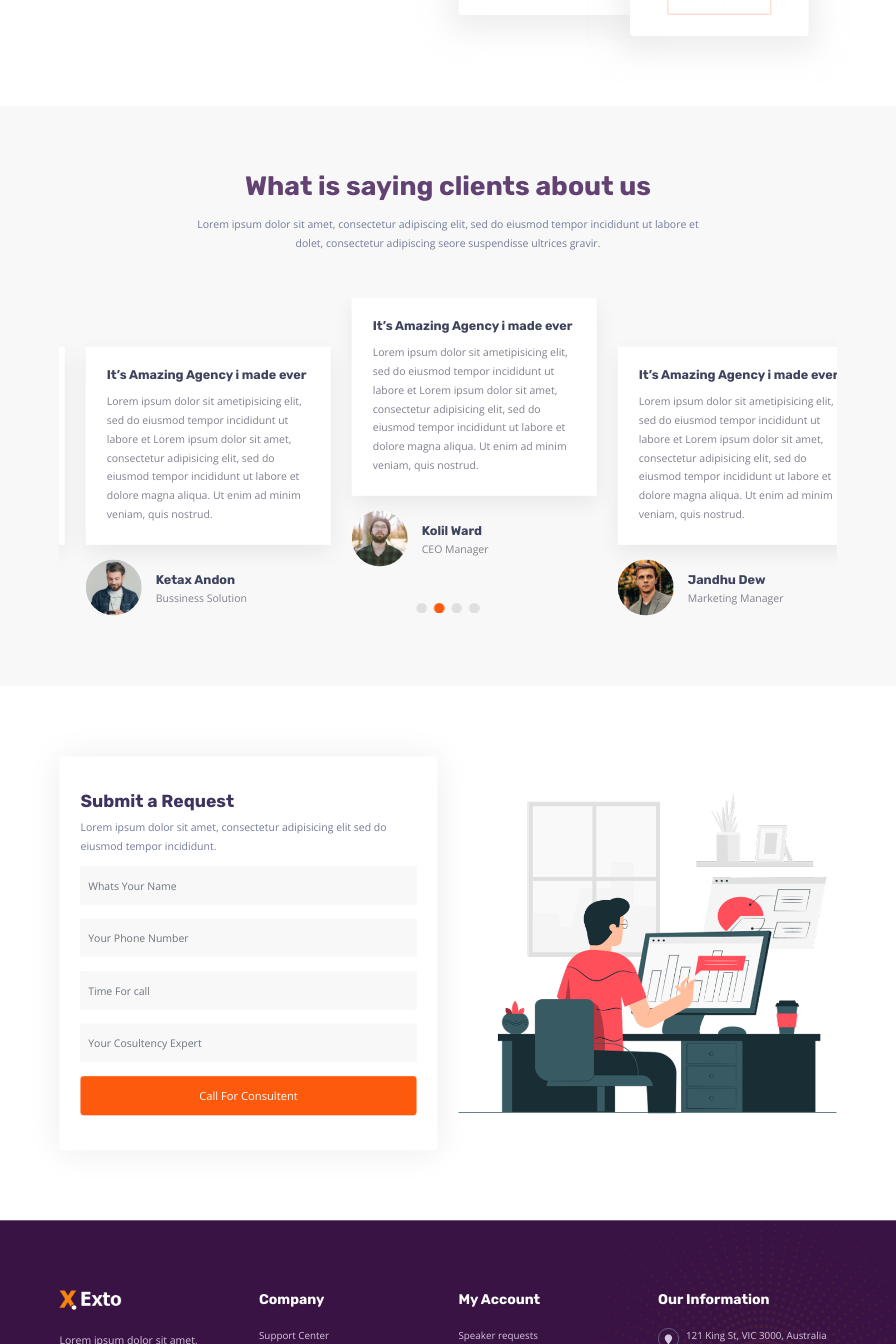
Repository: aakashrajput/XtremeWorks
Page: http://localhost/user/wallet
An editor plug-in stored every save of this project. The page is shown before and after the next save, followed by the edit.
The browser window is 1280 px wide. The pictures show the part of the page from y = 886 to 2806 px (the page is 3096 px tall before and 2267 px after), at 70% of full size.
The page is served by the project's Laravel application, run on PHP 8.4 with Laravel 8. A made-up administrator, Test User (test@example.com), is signed in.

Above is the page before, as saved 2020-03-26 13:59:55.

After the next save:
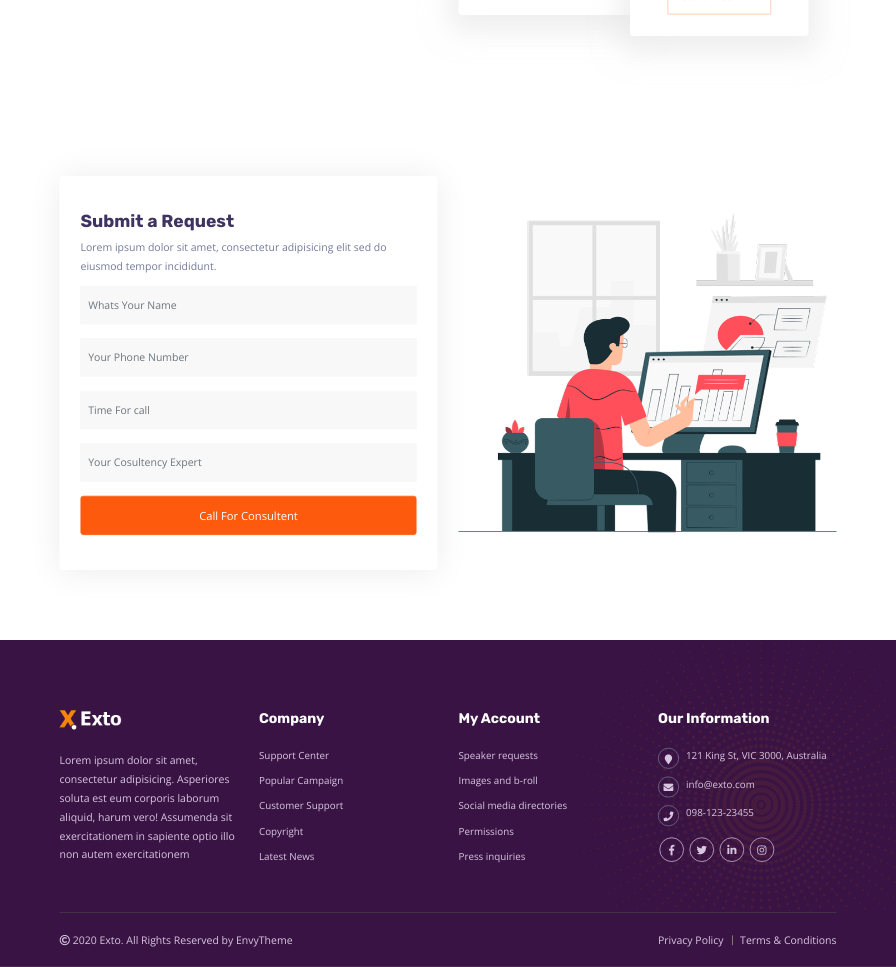
Saved 24 s later.
--- a/resources/views/user/wallet.blade.php
+++ b/resources/views/user/wallet.blade.php
@@ -125,70 +125,6 @@
     </section>
     <!-- End Pricing Section -->
 
-    <!-- Start Saying Section -->
-    <section class="saying-section ptb-100">
-        <div class="container">
-            <div class="saying-title">
-                <h3>What is saying clients about us</h3>
-                <p>Lorem ipsum dolor sit amet, consectetur adipiscing elit, sed do eiusmod tempor incididunt ut labore et dolet, consectetur adipiscing  seore suspendisse ultrices gravir.</p>
-            </div>
-            <div class="saying-slides owl-carousel owl-theme">
-                <div class="saying-single-item">
-                    <div class="saying-content-text">
-                        <h3>It’s Amazing Agency i made ever</h3>
-                        <p>Lorem ipsum dolor sit ametipisicing elit, sed do eiusmod tempor incididunt ut labore et Lorem ipsum dolor sit amet, consectetur adipisicing elit, sed do eiusmod tempor incididunt ut labore et dolore magna aliqua. Ut enim ad minim veniam, quis nostrud.</p>
-                    </div>
-                    <div class="saying-info">
-                        <div class="say-image">
-                            <img src="assets/img/say-image/1.jpg" alt="image">
-                        </div>
-                        <h4>Ketax Andon</h4>
-                        <span>Bussiness Solution</span>
-                    </div>
-                </div>
-                <div class="saying-single-item">
-                    <div class="saying-content-text">
-                        <h3>It’s Amazing Agency i made ever</h3>
-                        <p>Lorem ipsum dolor sit ametipisicing elit, sed do eiusmod tempor incididunt ut labore et Lorem ipsum dolor sit amet, consectetur adipisicing elit, sed do eiusmod tempor incididunt ut labore et dolore magna aliqua. Ut enim ad minim veniam, quis nostrud.</p>
-                    </div>
-                    <div class="saying-info">
-                        <div class="say-image">
-                            <img src="assets/img/say-image/2.jpg" alt="image">
-                        </div>
-                        <h4>Kolil Ward</h4>
-                        <span>CEO Manager</span>
-                    </div>
-                </div>
-                <div class="saying-single-item">
-                    <div class="saying-content-text">
-                        <h3>It’s Amazing Agency i made ever</h3>
-                        <p>Lorem ipsum dolor sit ametipisicing elit, sed do eiusmod tempor incididunt ut labore et Lorem ipsum dolor sit amet, consectetur adipisicing elit, sed do eiusmod tempor incididunt ut labore et dolore magna aliqua. Ut enim ad minim veniam, quis nostrud.</p>
-                    </div>
-                    <div class="saying-info">
-                        <div class="say-image">
-                            <img src="assets/img/say-image/3.jpg" alt="image">
-                        </div>
-                        <h4>Jandhu Dew</h4>
-                        <span>Marketing Manager</span>
-                    </div>
-                </div>
-                <div class="saying-single-item">
-                    <div class="saying-content-text">
-                        <h3>It’s Amazing Agency i made ever</h3>
-                        <p>Lorem ipsum dolor sit ametipisicing elit, sed do eiusmod tempor incididunt ut labore et Lorem ipsum dolor sit amet, consectetur adipisicing elit, sed do eiusmod tempor incididunt ut labore et dolore magna aliqua. Ut enim ad minim veniam, quis nostrud.</p>
-                    </div>
-                    <div class="saying-info">
-                        <div class="say-image">
-                            <img src="assets/img/say-image/4.jpg" alt="image">
-                        </div>
-                        <h4>Andon Smait</h4>
-                        <span>Bussiness Solution</span>
-                    </div>
-                </div>
-            </div>
-        </div>
-    </section>
-    <!-- End Saying Section -->
 
     <!-- Start Request Section -->
     <section class="request-section ptb-100">
